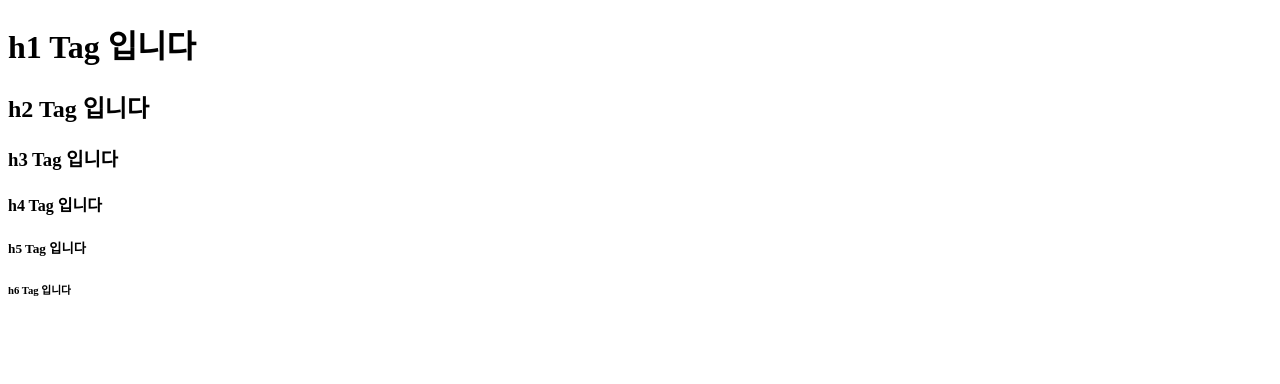
Repository: HyeogDo/Study_Java
Page: JSP/HTML/src/main/webapp/WEB-INF/Lec02.html
The author's editor kept a copy of each file at every save. The page is drawn from the files as they stood at one save, then again after the next save.
The browser window is 1280 px wide. The pictures show the whole page.

Above is the page before, as saved 2022-03-15 01:39:31.

After the next save:
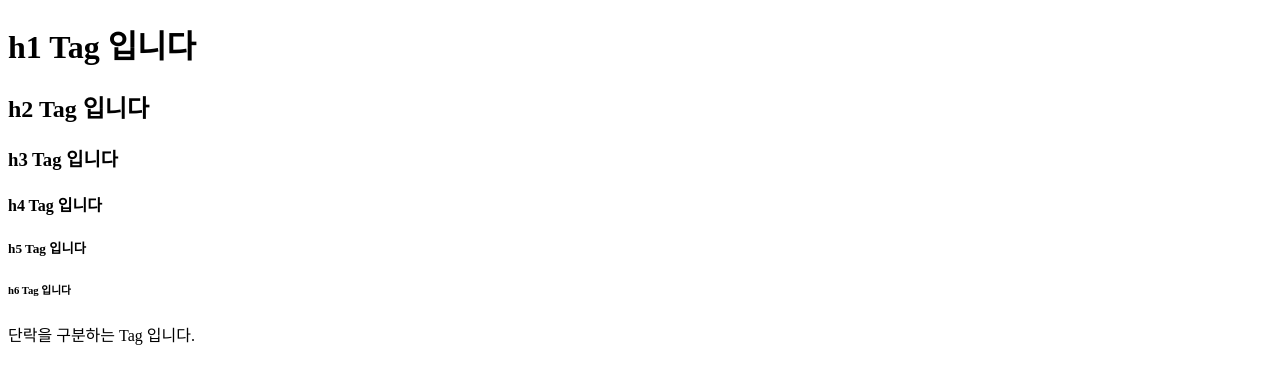
Saved 35 s later.
--- a/JSP/HTML/src/main/webapp/WEB-INF/Lec02.html
+++ b/JSP/HTML/src/main/webapp/WEB-INF/Lec02.html
@@ -12,5 +12,7 @@
 		<h5>h5 Tag 입니다</h5>
 		<h6>h6 Tag 입니다</h6>
 
+		<p>단락을 구분하는 Tag 입니다. </p>
+
 	</body>
 </html>
